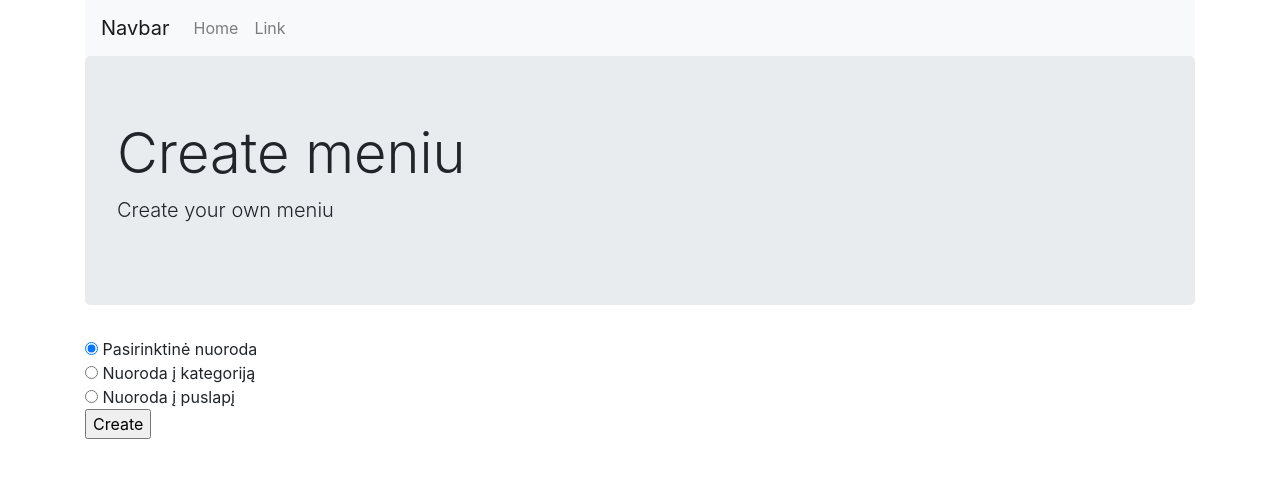
Repository: motiejus1/18-paskaita-PHP-05.31
Page: http://localhost/createMenu.php
These files come from the project's save history. The page is drawn as it stood at one moment and after the next save; the edit follows.
The browser window is 1280 px wide. The pictures show the whole page.
Some web libraries are served in a nearby version. The page is run by PHP 8.4 with error messages shown; the project is at /var/www/html/. connections.php is not in the repository; a stand-in opens the database connection.

Above is the page before, as saved 2021-09-28 18:58:37.

After the next save:
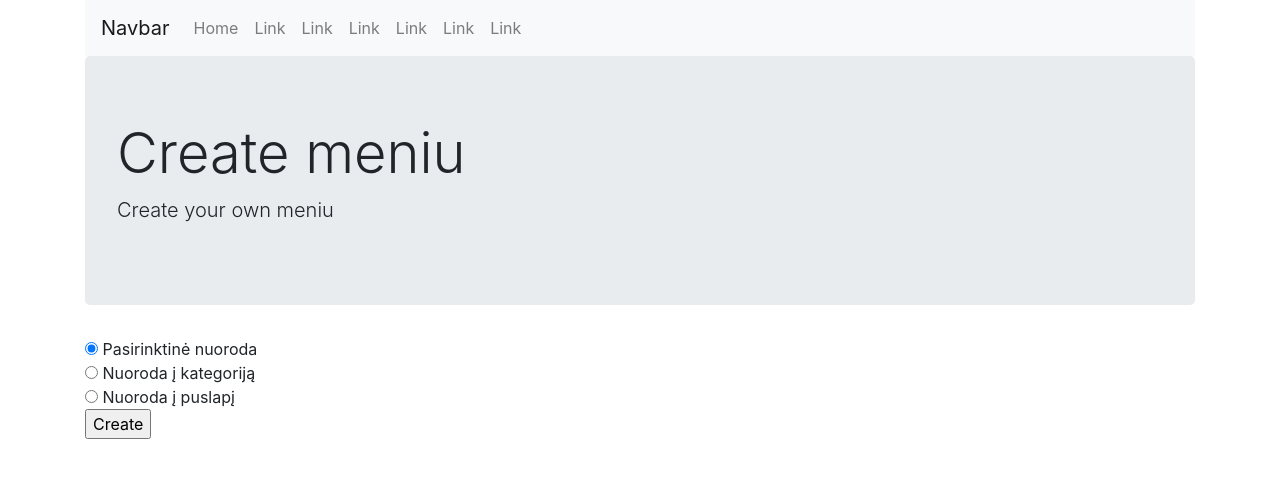
Saved 32 s later.
--- a/design-parts/meniu.php
+++ b/design-parts/meniu.php
@@ -12,6 +12,21 @@
                 <li class="nav-item">
                     <a class="nav-link" href="#">Link</a>
                 </li>
+                <li class="nav-item">
+                    <a class="nav-link" href="#">Link</a>
+                </li>
+                <li class="nav-item">
+                    <a class="nav-link" href="#">Link</a>
+                </li>
+                <li class="nav-item">
+                    <a class="nav-link" href="#">Link</a>
+                </li>
+                <li class="nav-item">
+                    <a class="nav-link" href="#">Link</a>
+                </li>
+                <li class="nav-item">
+                    <a class="nav-link" href="#">Link</a>
+                </li>
 
             </ul>
             <!-- <form class="form-inline my-2 my-lg-0">
